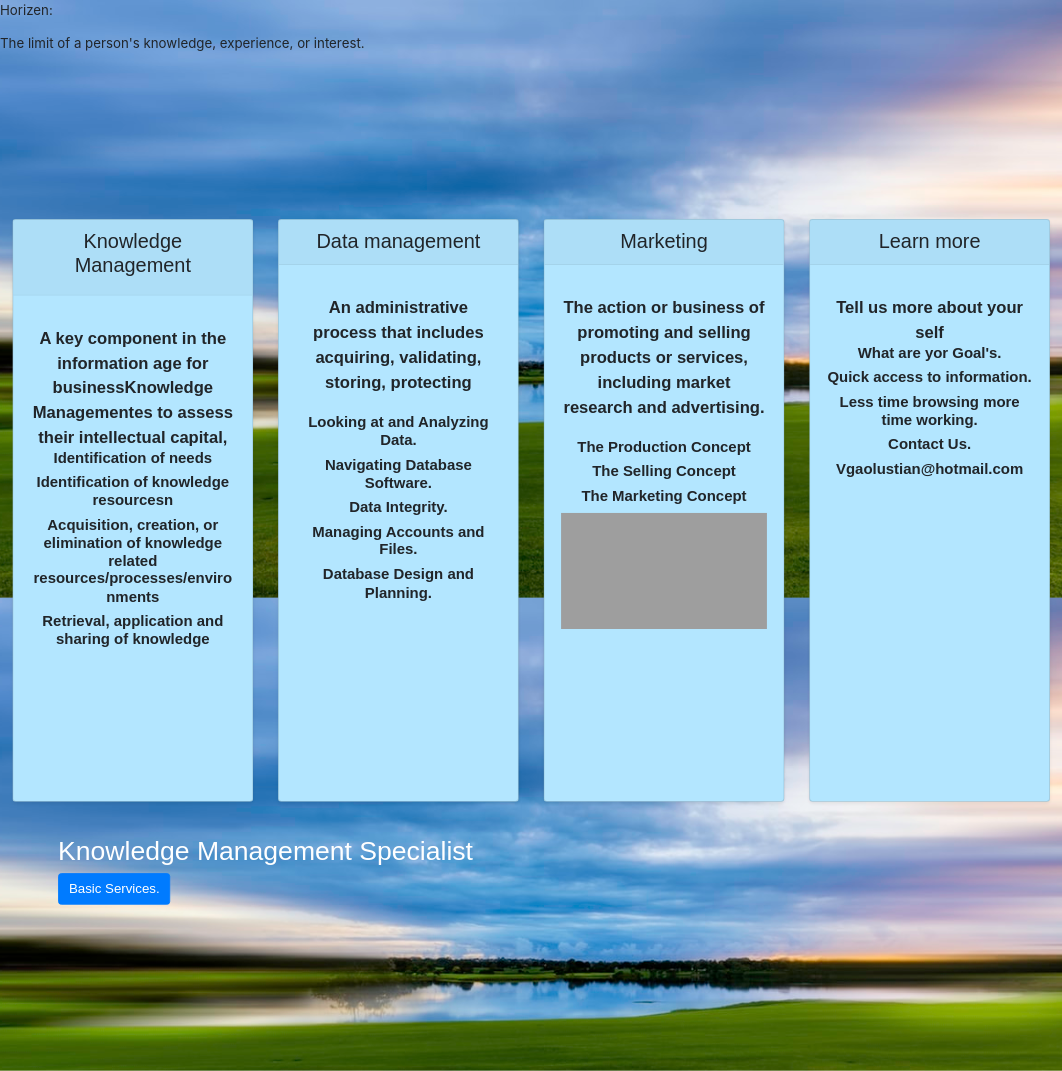
Repository: Code-Institute-Submissions/vahega-my-first-project
Page: index.html
The author's editor kept a record of every edit. The page is drawn from the files as they stood at one moment, then again after the next edit.
The browser window is 1280 px wide. The pictures show the whole page, at 83% of full size.
Pictures or frames that could not be fetched are drawn as grey boxes. Some icons come from a web library that is not loaded, so they are not drawn. Backgrounds fixed to the window are drawn as part of the page. Some web fonts or font styles are not loaded; a fallback is used. Some web libraries are served in a nearby version.

Above is the page before.

### index.html
<!DOCTYPE html>
<!doctype html>
<html lang="en">
  <head>
    <meta charset="utf-8">
    <meta name="viewport" content="width=device-width, initial-scale=1, shrink-to-fit=no">
     <link rel="stylesheet" href="https://stackpath.bootstrapcdn.com/bootstrap/4.3.1/css/bootstrap.min.css" integrity="sha384-ggOyR0iXCbMQv3Xipma34MD+dH/1fQ784/j6cY/iJTQUOhcWr7x9JvoRxT2MZw1T" crossorigin="anonymous">
     <script src="https://code.jquery.com/jquery-3.3.1.slim.min.js" integrity="sha384-q8i/X+965DzO0rT7abK41JStQIAqVgRVzpbzo5smXKp4YfRvH+8abtTE1Pi6jizo" crossorigin="anonymous"></script>
     <script src="https://cdnjs.cloudflare.com/ajax/libs/popper.js/1.14.7/umd/popper.min.js" integrity="sha384-UO2eT0CpHqdSJQ6hJty5KVphtPhzWj9WO1clHTMGa3JDZwrnQq4sF86dIHNDz0W1" crossorigin="anonymous"></script>
     <script src="https://stackpath.bootstrapcdn.com/bootstrap/4.3.1/js/bootstrap.min.js" integrity="sha384-JjSmVgyd0p3pXB1rRibZUAYoIIy6OrQ6VrjIEaFf/nJGzIxFDsf4x0xIM+B07jRM" crossorigin="anonymous"></script>
     <link rel="stylesheet" href="https://stackpath.bootstrapcdn.com/bootstrap/4.3.1/css/bootstrap.min.css" integrity="sha384-ggOyR0iXCbMQv3Xipma34MD+dH/1fQ784/j6cY/iJTQUOhcWr7x9JvoRxT2MZw1T" crossorigin="anonymous"><script src="https://stackpath.bootstrapcdn.com/bootstrap/4.3.1/js/bootstrap.min.js" integrity="sha384-JjSmVgyd0p3pXB1rRibZUAYoIIy6OrQ6VrjIEaFf/nJGzIxFDsf4x0xIM+B07jRM" crossorigin="anonymous"></script>
     <link rel="stylesheet" href="assets/css/style.css" type="text/css" />
     <link rel="stylesheet" href="https://use.fontawesome.com/0cb8d65443.js" type="text/css" />
<style>
.parallax {
  background-image:url("assets/images/hol.jpg") ;

background-attachment:fixed;
background-position:center;
background-size: cover;
 }
</style>

 <header>
            <div class="bg-text" >
      <p>Horizen:</p>
       <p>The limit of a person's knowledge, experience, or interest.</p>
      </div>
</header>
<body class="parallax">
    <div class="container-fluid">
        <div class="row">
          <div class="card-deck mb-3 text-center ">
            <div class="card mb-4 shadow-sm">
       <div class="card-header">
           <h4>Knowledge Management</h4>
       </div>
              <div class="card-body">
               <ul class="list-unstyled mt-3 mb-4">
                 <li> A key component in the information age for businessKnowledge Managementes to assess their intellectual capital,</li>
                 <h6>Identification of needs</h6>
                 <h6>  Identification of knowledge resourcesn</a>
                 <h6>Acquisition, creation, or elimination of knowledge related resources/processes/environments</h6>
                 <h6>Retrieval, application and sharing of knowledge</h6>
               </ul>
                <div class="embed-responsive embed-responsive-16by9">
                <iframe class="embed-responsive-item" src="https://www.youtube.com/embed/k3jo7oWzUUc" allowfullscreen></iframe>
                </div>
               </div>
              </div>
        <div class="card mb-4 shadow-sm ">
             <div class="card-header">
             <h4 class="my-0 font-weight-normal">Data management</h4>
             </div>
           <div class="card-body">
               <ul class="list-unstyled mt-3 mb-4">
                <li>An administrative process that includes acquiring, validating, storing, protecting</li>
              </ul>
                <h6>Looking at and Analyzing Data. </h6>
                <h6> Navigating Database Software.</h6>
                <h6>Data Integrity.</h6>
                <h6> Managing Accounts and Files.</h6>
                <h6> Database Design and Planning.</h6>
    <div class="embed-responsive embed-responsive-16by9">
 <iframe class="embed-responsive-item" src="https://www.youtube.com/embed/wR0jg0eQsZA" allowfullscreen></iframe>
     </div>
             </div>
             </div>
               <div class="card mb-4 shadow-sm">
                 <div class="card-header">
                 <h4 class="my-0 font-weight-normal">Marketing</h4>
                 </div>
                 <div class="card-body">
                   <ul class="list-unstyled mt-3 mb-4">
                   <li>The action or business of promoting and selling products or services, including market research and advertising.</li>
                   </ul>
                   <h6>The Production Concept</h6>
                   <h6>The Selling Concept</h6>
                   <h6>The Marketing Concept</h6>
                      <div class="embed-responsive embed-responsive-16by9">
                      <iframe class="embed-responsive-item" src="https://www.youtube.com/embed/i1xz5Kv-7VY?t=5" allowfullscreen></iframe>
                      </div>
                  </div>
                  </div>
                <div class="card mb-4 shadow-sm">
                 <div class="card-header">
                   <h4 class="my-0 font-weight-normal">Learn more</h4>
                 </div>
                 <div class="card-body">
             <ul class="list-unstyled mt-3 mb-4">

          <li>Tell us more about your self</li>
          <h6>What are yor Goal's.</h6>
          <h6>Quick access to information.</h6>
          <h6>Less time browsing more time working.</h6>
          <h6>Contact Us.</h6>
          <i class="fa fa-phone" aria-hidden="true"></i>
            <h6>Vgaolustian@hotmail.com</h6>
          </div>
        </ul>

      </div>
    </div>
  </div>
 </div>
  </div>
  </div>
  <div class="container">
  <h2>Knowledge Management Specialist</h2>

  <button type="button" class="btn btn-primary" data-toggle="collapse" data-target="#demo">Basic Services.</button>
  <div id="demo" class="collapse">
  <p>Document and share learning process of knowledgemanagement .</p>
  <p>Creating a digital database to store the information. </p>
  <p>Bring efficiency and consistency to use of the database.  </p>
  <p>Contact us for details.</p>
  </div>
</div>
  </div>
 </body>



</html>

### assets/css/style.css
@import url('https://fonts.googleapis.com/css?family=Bilbo+Swash+Caps&display=swap');
@import url('https://fonts.googleapis.com/css?family=Gayathri&display=swap');
.parallax {
  background-image:url("assets/images/hol.jpg") ;
background-attachment:fixed;
background-position:center;
background-size: cover;
 }
 .row{
     margin-left: 0px;
     margin-right: 0px;
 }

.card{ font-family: 'Gayathri', sans-serif;
 background-color: #b3e6ff;
 margin-bottom:0px;
 font-weight: bold;
  font-size: 20px;
  }
h6{font-size: 18px;
    font-weight:bold;
}
.collapse{font-size: 22px;}
.container{
padding: 0px;
 font-family: 'Gayathri', sans-serif;
 color:white;
 margin-bottom: 200px;
}
.container-fluid{margin-top:200px;
}
.text {
 font-family: 'Bilbo Swash Caps', cursive;
 text-shadow: 3px 3px rgb(180, 180, 180);
 color: black;
 position: relative;
  font-weight: bold;
  font-size: 40px;
margin-top: 10%;
 text-align: center;

}
.hubtext{
text-shadow: 2px 2px rgb(0,0, 0);
color:wheat;
font-weight: bold;
font-size: 20px;
}
#map{
    padding: 0px;
     border-style: solid;
     border-width: 5px;
      border-color: white;
   height: 400px;
        width: 350px;
        background-attachment:fixed;
background-position:center;
background-size: cover;

}
* {box-sizing: border-box}

img {vertical-align: middle;}
.slideshow-container {
  background-size: cover;
  max-width: 800px;
  position: relative;
  margin-left:10px;
  margin-right: 10px;
}
.prev, .next {
  cursor: pointer;
  position: absolute;
  top: 50%;
  width: auto;
  padding: 16px;
  margin-top: -22px;
  color: white;
  font-weight: bold;
  font-size: 18px;
  transition: 0.6s ease;
  border-radius: 0 3px 3px 0;
  user-select: none;
}
.next {
  right: 0;
  border-radius: 3px 0 0 3px;
}
.prev:hover, .next:hover {
  background-color: rgba(0,0,0,0.8);
}

.numbertext {
  color: #f2f2f2;
  font-size: 12px;
  padding: 8px 12px;
  position: absolute;
  top: 0;
}
.dot {
  cursor: pointer;
  height: 15px;
  width: 15px;
  margin: 0 2px;
  background-color: #bbb;
  border-radius: 50%;
  display: inline-block;
  transition: background-color 2s ease;
}
.active, .dot:hover {
  background-color: #717171;
}

@media only screen and (max-width: 300px) {
  .prev, .next,.text {font-size: 11px}
}

After the next edit:
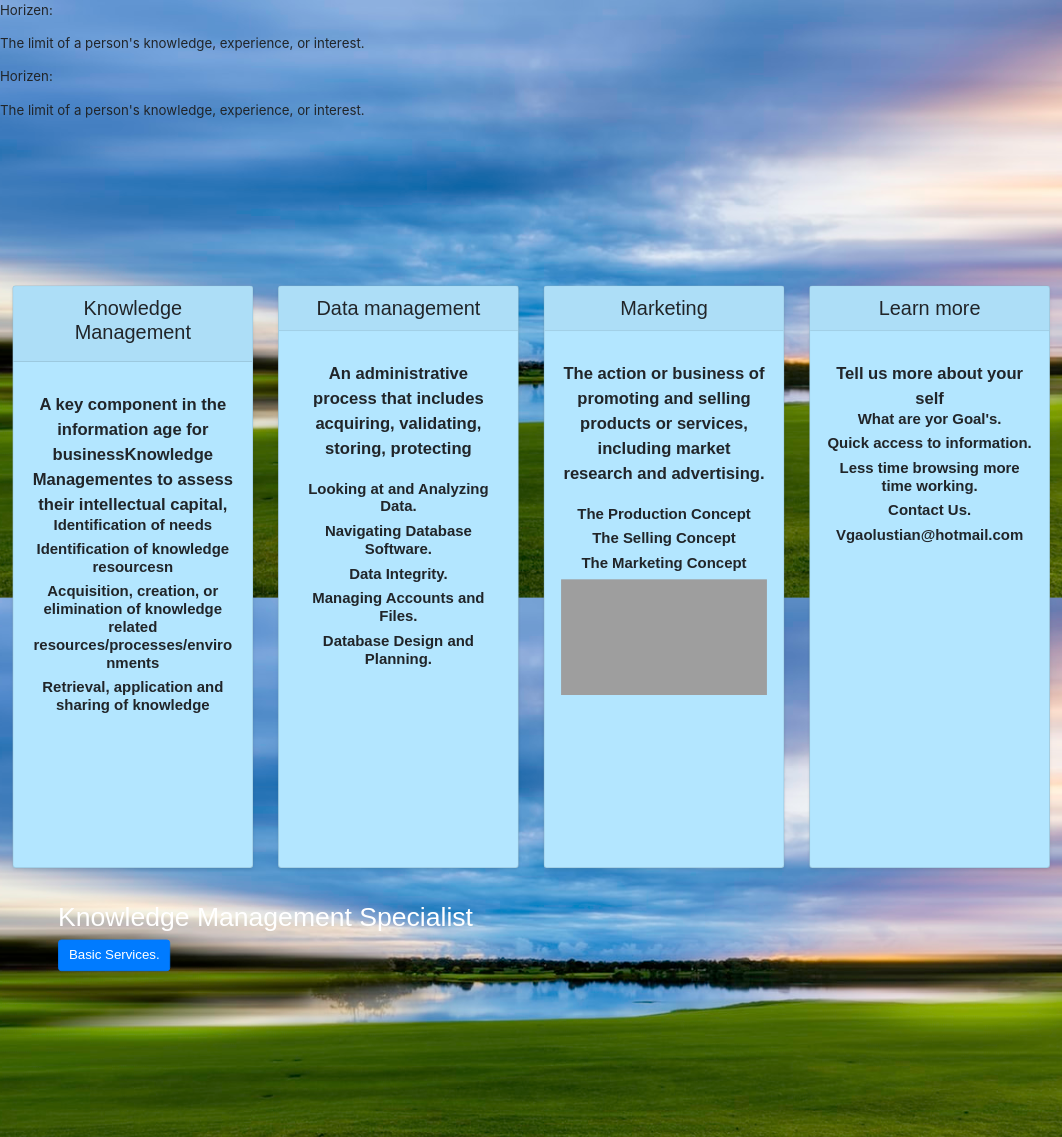
The edit:
--- a/index.html
+++ b/index.html
@@ -28,6 +28,10 @@
       </div>
 </header>
 <body class="parallax">
+       <div class="bg-text" >
+      <p>Horizen:</p>
+       <p>The limit of a person's knowledge, experience, or interest.</p>
+      </div>
     <div class="container-fluid">
         <div class="row">
           <div class="card-deck mb-3 text-center ">
